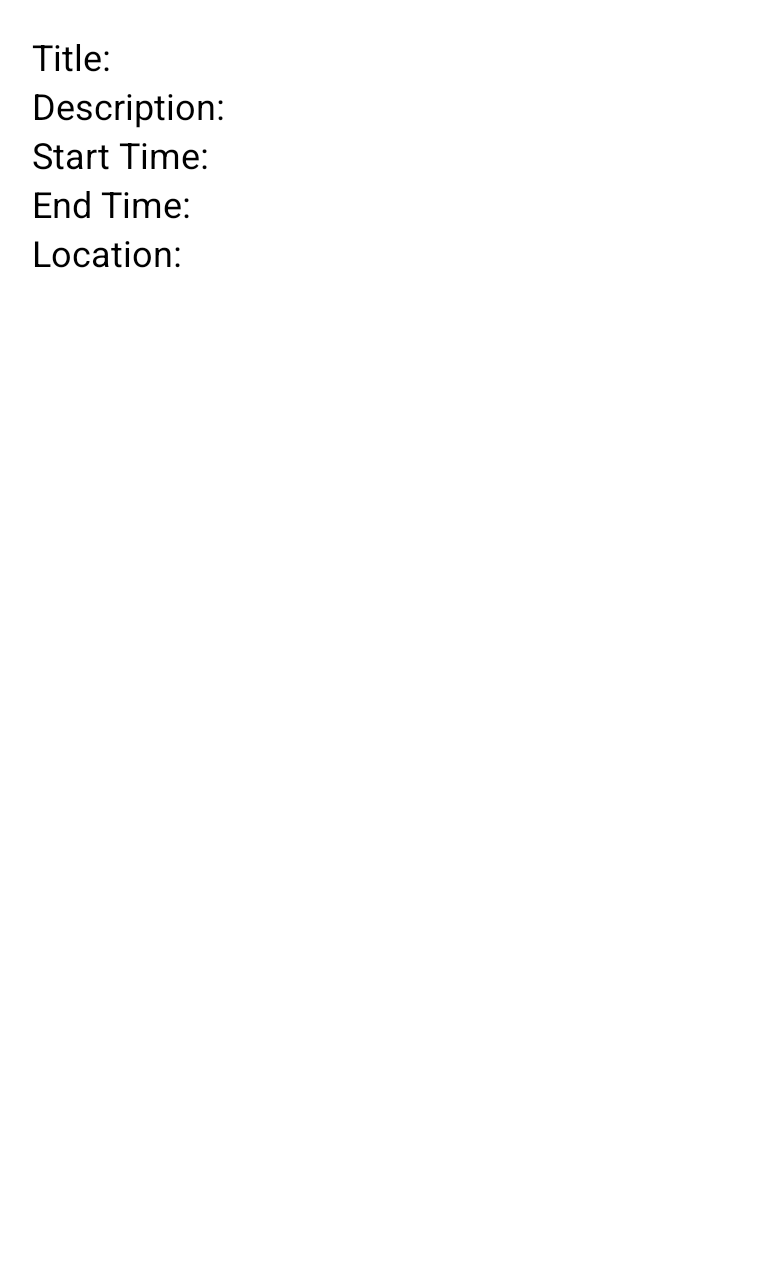
Repository: faisal22/MuslimEvents
Layout: MuslimEvents/res/layout/activity_events.xml
An editor plug-in stored every save of this project. The layout is shown before and after the next save, followed by the edit.
It is drawn on a 768 x 1280 px phone screen (xhdpi) without system bars, with theme AppTheme; the app's code is not run.

Above is the layout before, as saved 2014-01-19 19:30:38.

### MuslimEvents/res/layout/activity_events.xml
<RelativeLayout xmlns:android="http://schemas.android.com/apk/res/android"
    xmlns:tools="http://schemas.android.com/tools"
    android:layout_width="match_parent"
    android:layout_height="match_parent"
    android:paddingBottom="@dimen/activity_vertical_margin"
    android:paddingLeft="@dimen/activity_horizontal_margin"
    android:paddingRight="@dimen/activity_horizontal_margin"
    android:paddingTop="@dimen/activity_vertical_margin"
    tools:context=".Events" >

    <TextView
        android:id="@+id/textView1"
        android:layout_width="wrap_content"
        android:layout_height="wrap_content"
        android:layout_alignParentLeft="true"
        android:layout_alignParentTop="true"
        android:text="@string/title"
        android:textAppearance="?android:attr/textAppearanceMedium" />

    <TextView
        android:id="@+id/textView2"
        android:layout_width="wrap_content"
        android:layout_height="wrap_content"
        android:layout_alignParentLeft="true"
        android:layout_below="@+id/textView1"
        android:text="@string/description"
        android:textAppearance="?android:attr/textAppearanceMedium" />

    <TextView
        android:id="@+id/TextView01"
        android:layout_width="wrap_content"
        android:layout_height="wrap_content"
        android:layout_alignLeft="@+id/textView2"
        android:layout_below="@+id/textView2"
        android:text="@string/start_time"
        android:textAppearance="?android:attr/textAppearanceMedium" />

    <TextView
        android:id="@+id/TextView02"
        android:layout_width="wrap_content"
        android:layout_height="wrap_content"
        android:layout_alignLeft="@+id/TextView01"
        android:layout_below="@+id/TextView01"
        android:text="@string/end_time"
        android:textAppearance="?android:attr/textAppearanceMedium" />

    <TextView
        android:id="@+id/TextView03"
        android:layout_width="wrap_content"
        android:layout_height="wrap_content"
        android:layout_alignLeft="@+id/TextView02"
        android:layout_below="@+id/TextView02"
        android:text="@string/location"
        android:textAppearance="?android:attr/textAppearanceMedium" />

    <TextView
        android:id="@+id/theTitle"
        android:layout_width="wrap_content"
        android:layout_height="wrap_content"
        android:layout_above="@+id/textView2"
        android:layout_toRightOf="@+id/textView1" />

    <TextView
        android:id="@+id/description"
        android:layout_width="wrap_content"
        android:layout_height="wrap_content"
        android:layout_above="@+id/TextView01"
        android:layout_toRightOf="@+id/textView2"
        />

    <TextView
        android:id="@+id/startTime"
        android:layout_width="wrap_content"
        android:layout_height="wrap_content"
        android:layout_above="@+id/TextView02"
        android:layout_toRightOf="@+id/TextView01"
        />

    <TextView
        android:id="@+id/endTime"
        android:layout_width="wrap_content"
        android:layout_height="wrap_content"
        android:layout_above="@+id/TextView03"
        android:layout_toRightOf="@+id/TextView02"
        />

    <TextView
        android:id="@+id/location"
        android:layout_width="wrap_content"
        android:layout_height="wrap_content"
        android:layout_alignBaseline="@+id/TextView03"
        android:layout_alignBottom="@+id/TextView03"
        android:layout_toRightOf="@+id/TextView03"
        />

</RelativeLayout>

### MuslimEvents/res/values/strings.xml
<?xml version="1.0" encoding="utf-8"?>
<resources>

    <string name="app_name">MuslimEvents</string>
    <string name="action_settings">Settings</string>
    <string name="hello_world">Hello world!</string>
    <string name="title_activity_events">Events</string>
    <string name="title">Title: </string>
    <string name="description">Description: </string>
    <string name="start_time">Start Time: </string>
    <string name="end_time">End Time: </string>
    <string name="location">Location: </string>
    <string name="title_activity_event">EventActivity</string>
    <string name="title_activity_add_event">AddEventActivity</string>

</resources>

Loaded but not shown: MuslimEvents/res/values/styles.xml (common file); MuslimEvents/res/values-v11/styles.xml (common file); MuslimEvents/res/values-v14/styles.xml (common file); MuslimEvents/res/values/dimens.xml (common file)

After the next save:
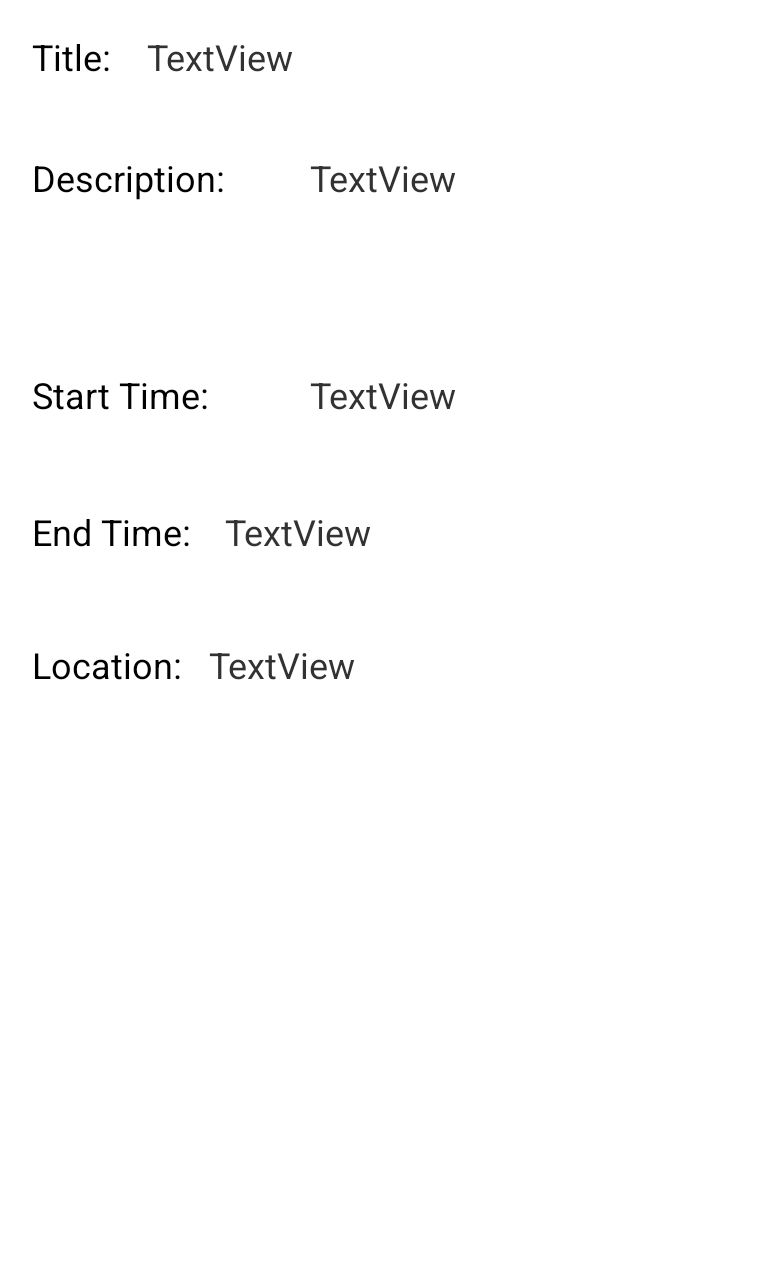
Saved 30 s later.
--- a/MuslimEvents/res/layout/activity_events.xml
+++ b/MuslimEvents/res/layout/activity_events.xml
@@ -18,21 +18,23 @@
         android:textAppearance="?android:attr/textAppearanceMedium" />
 
     <TextView
-        android:id="@+id/textView2"
-        android:layout_width="wrap_content"
-        android:layout_height="wrap_content"
-        android:layout_alignParentLeft="true"
-        android:layout_below="@+id/textView1"
-        android:text="@string/description"
-        android:textAppearance="?android:attr/textAppearanceMedium" />
-
-    <TextView
         android:id="@+id/TextView01"
         android:layout_width="wrap_content"
         android:layout_height="wrap_content"
         android:layout_alignLeft="@+id/textView2"
         android:layout_below="@+id/textView2"
+        android:layout_marginTop="84dp"
         android:text="@string/start_time"
+        android:textAppearance="?android:attr/textAppearanceMedium" />
+
+    <TextView
+        android:id="@+id/textView2"
+        android:layout_width="wrap_content"
+        android:layout_height="wrap_content"
+        android:layout_alignLeft="@+id/textView1"
+        android:layout_below="@+id/textView1"
+        android:layout_marginTop="36dp"
+        android:text="@string/description"
         android:textAppearance="?android:attr/textAppearanceMedium" />
 
     <TextView
@@ -41,6 +43,7 @@
         android:layout_height="wrap_content"
         android:layout_alignLeft="@+id/TextView01"
         android:layout_below="@+id/TextView01"
+        android:layout_marginTop="44dp"
         android:text="@string/end_time"
         android:textAppearance="?android:attr/textAppearanceMedium" />
 
@@ -50,47 +53,56 @@
         android:layout_height="wrap_content"
         android:layout_alignLeft="@+id/TextView02"
         android:layout_below="@+id/TextView02"
+        android:layout_marginTop="42dp"
         android:text="@string/location"
         android:textAppearance="?android:attr/textAppearanceMedium" />
 
     <TextView
-        android:id="@+id/theTitle"
+        android:id="@+id/title"
         android:layout_width="wrap_content"
         android:layout_height="wrap_content"
         android:layout_above="@+id/textView2"
-        android:layout_toRightOf="@+id/textView1" />
+        android:layout_marginLeft="18dp"
+        android:layout_toRightOf="@+id/textView1"
+        android:text="TextView"
+        android:textSize="18sp" />
 
     <TextView
-        android:id="@+id/description"
+        android:id="@+id/theDescription"
         android:layout_width="wrap_content"
         android:layout_height="wrap_content"
         android:layout_above="@+id/TextView01"
-        android:layout_toRightOf="@+id/textView2"
-        />
+        android:layout_centerHorizontal="true"
+        android:text="TextView"
+        android:textSize="18sp" />
 
     <TextView
-        android:id="@+id/startTime"
+        android:id="@+id/theStartTime"
         android:layout_width="wrap_content"
         android:layout_height="wrap_content"
         android:layout_above="@+id/TextView02"
-        android:layout_toRightOf="@+id/TextView01"
-        />
+        android:layout_alignLeft="@+id/theDescription"
+        android:text="TextView"
+        android:textSize="18sp" />
 
     <TextView
-        android:id="@+id/endTime"
+        android:id="@+id/theEndTime"
         android:layout_width="wrap_content"
         android:layout_height="wrap_content"
-        android:layout_above="@+id/TextView03"
-        android:layout_toRightOf="@+id/TextView02"
-        />
+        android:layout_alignBaseline="@+id/TextView02"
+        android:layout_alignBottom="@+id/TextView02"
+        android:layout_toRightOf="@+id/textView2"
+        android:text="TextView"
+        android:textSize="18sp" />
 
     <TextView
-        android:id="@+id/location"
+        android:id="@+id/theLocation"
         android:layout_width="wrap_content"
         android:layout_height="wrap_content"
         android:layout_alignBaseline="@+id/TextView03"
         android:layout_alignBottom="@+id/TextView03"
-        android:layout_toRightOf="@+id/TextView03"
-        />
+        android:layout_toRightOf="@+id/TextView01"
+        android:text="TextView"
+        android:textSize="18sp" />
 
 </RelativeLayout>
